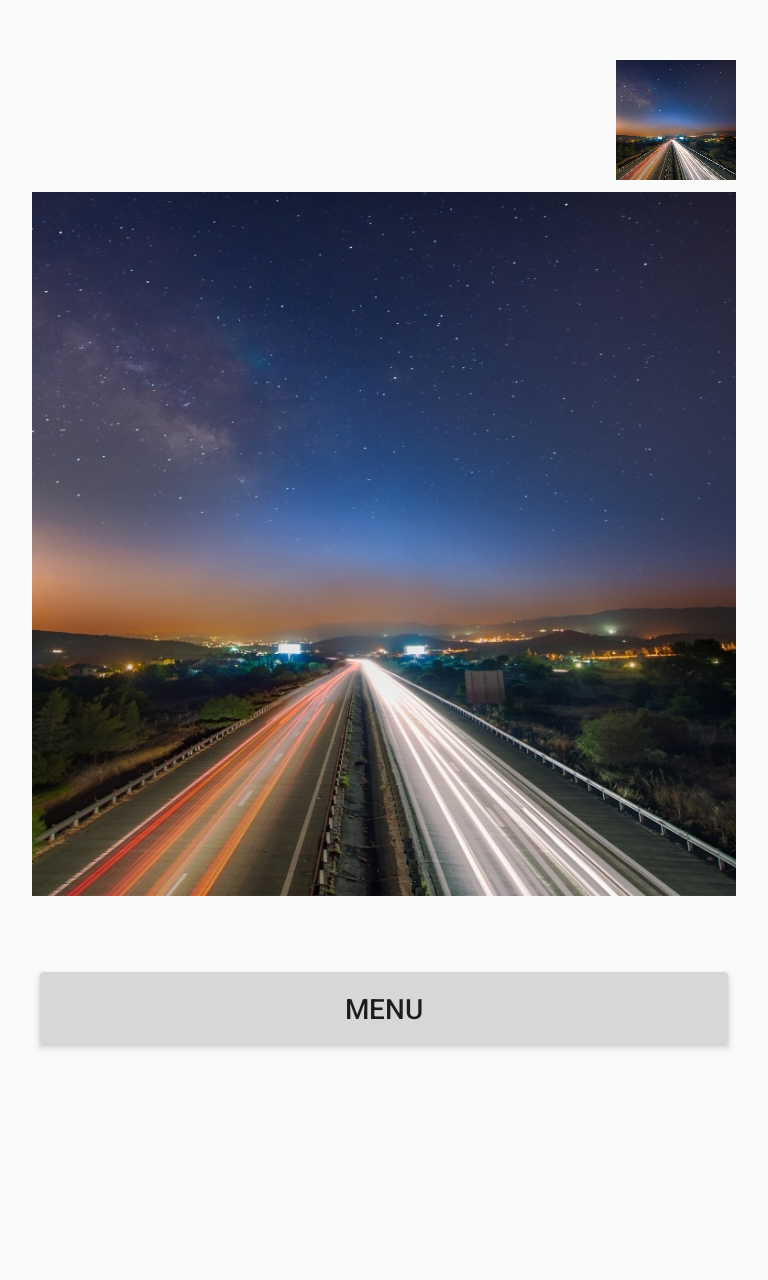
Repository: MarcSelles/nPuzzle10447768
Layout: NPuzzle10447768/res/layout/activity_playing.xml
The author's editor kept a copy of each file at every save. The layout is drawn from the files as they stood at one save, then again after the next save.
It is drawn on a 768 x 1280 px phone screen (xhdpi) without system bars, with theme AppTheme; the app's code is not run.

Above is the layout before, as saved 2014-11-23 15:45:22.

### NPuzzle10447768/res/layout/activity_playing.xml
<RelativeLayout xmlns:android="http://schemas.android.com/apk/res/android"
    xmlns:tools="http://schemas.android.com/tools"
    android:layout_width="match_parent"
    android:layout_height="match_parent"
    android:paddingBottom="@dimen/activity_vertical_margin"
    android:paddingLeft="@dimen/activity_horizontal_margin"
    android:paddingRight="@dimen/activity_horizontal_margin"
    android:paddingTop="@dimen/activity_vertical_margin"
    tools:context="nl.mprog.projects.NPuzzle10447768.Playing" >

    <ImageView
        android:id="@+id/imageView1"
        android:layout_width="wrap_content"
        android:layout_height="wrap_content"
        android:src="@drawable/rush_hour"
        android:contentDescription="@string/photoGame"
        />

    <Button
        android:id="@+id/button1"
        android:layout_width="wrap_content"
        android:layout_height="wrap_content"
        android:layout_alignBottom="@+id/imageView1"
        android:layout_alignLeft="@+id/imageView1"
        android:layout_alignRight="@+id/imageView1"
        android:text="@string/menu" />

    <ImageView
        android:id="@+id/imageView2"
        android:layout_width="60dp"
        android:layout_height="60dp"
        android:layout_alignRight="@+id/imageView1"
        android:layout_alignTop="@+id/imageView1"
        android:layout_marginTop="14dp"
        android:src="@drawable/rush_hour" />

</RelativeLayout>

### NPuzzle10447768/res/values/strings.xml
<?xml version="1.0" encoding="utf-8"?>
<resources>

    <string name="app_name">NPuzzle10447768</string>
    <string name="hello_world">Hello world!</string>
    <string name="action_settings">Settings</string>
    <string name="choose_image">Kies een puzzel</string>
    <string name="photo1">photo1</string>
    <string name="photo2">photo2</string>
    <string name="photo3">photo3</string>
    <string name="photo4">photo4</string>
    <string name="photo5">photo5</string>
    <string name="photo6">photo6</string>
    <string name="title_activity_the_game">TheGame</string>
    <string name="photoGame">photo of game</string>
    <string name="title_activity_playing">Playing</string>
    <string name="menu">MENU</string>

</resources>

Loaded but not shown: NPuzzle10447768/res/values/styles.xml (common file); NPuzzle10447768/res/values-v11/styles.xml (common file); NPuzzle10447768/res/values-v14/styles.xml (common file); NPuzzle10447768/res/values/dimens.xml (common file); NPuzzle10447768/res/values-w820dp/dimens.xml (common file)

After the next save:
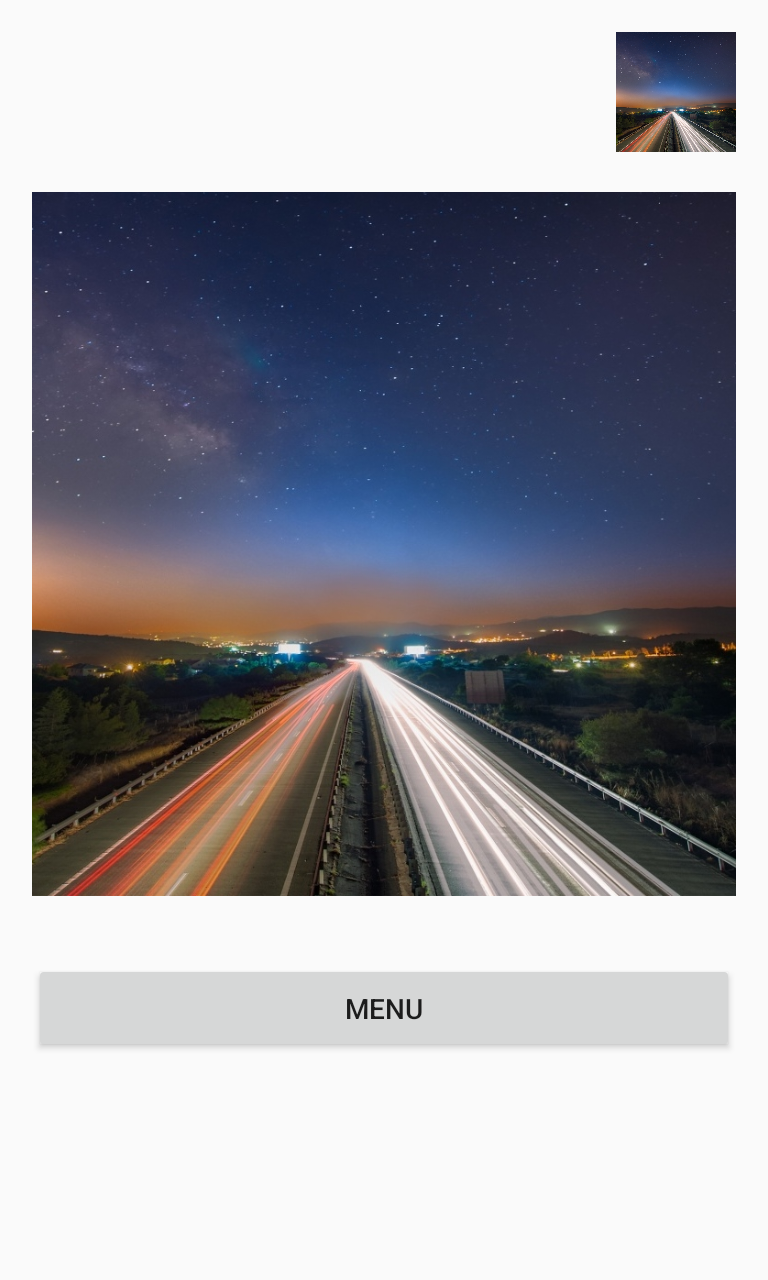
Saved 92 s later.
--- a/NPuzzle10447768/res/layout/activity_playing.xml
+++ b/NPuzzle10447768/res/layout/activity_playing.xml
@@ -31,7 +31,8 @@
         android:layout_height="60dp"
         android:layout_alignRight="@+id/imageView1"
         android:layout_alignTop="@+id/imageView1"
-        android:layout_marginTop="14dp"
-        android:src="@drawable/rush_hour" />
+        android:src="@drawable/rush_hour"
+		android:contentDescription="@string/photoGame"
+        />
 
 </RelativeLayout>
